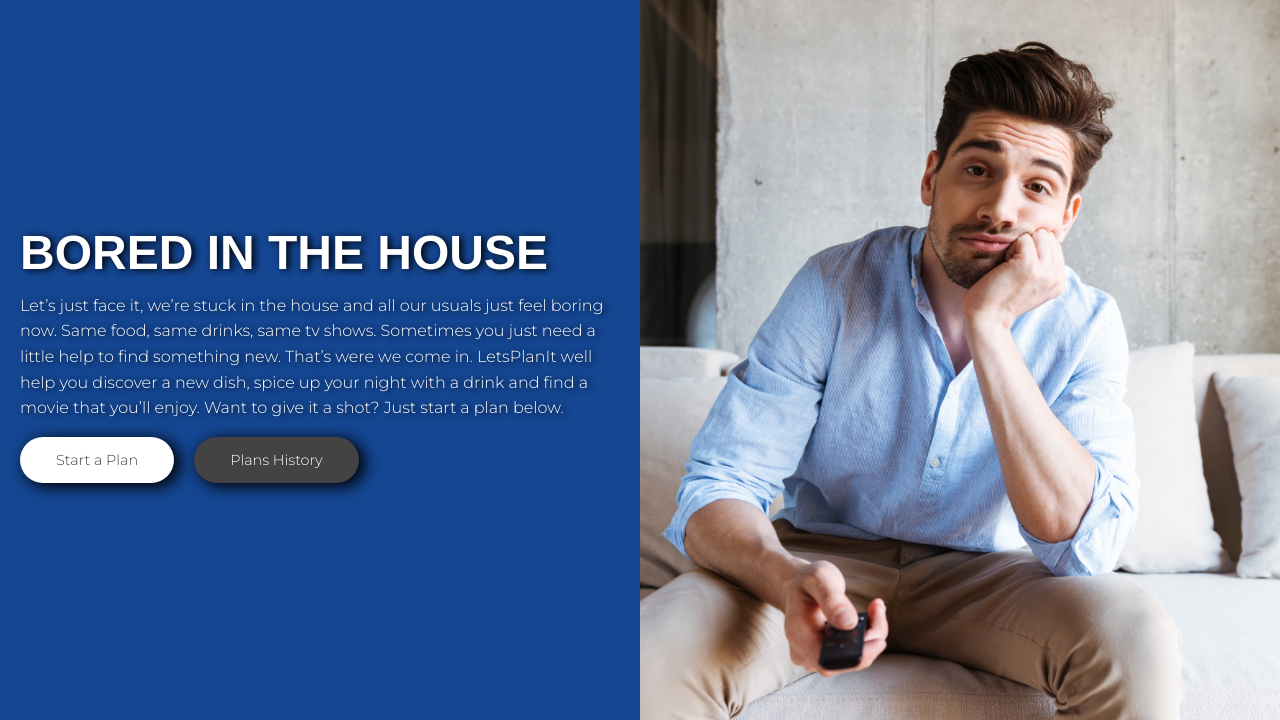
Repository: iiTONELOC/covid-master
Page: index.html
These files come from the project's save history. The page is drawn as it stood at one moment and after the next save; the edit follows.
The browser window is 1280 px wide. The pictures show the whole page.

Above is the page before, as saved 2021-02-06 19:46:28.

### index.html
<!doctype html>
<html class="no-js" lang="en">

<head>
    <meta charset="utf-8" />
    <meta http-equiv="x-ua-compatible" content="ie=edge">
    <meta name="viewport" content="width=device-width, initial-scale=1.0">
    <title>Bored in the House</title>
    <link rel="stylesheet" href="https://cdnjs.cloudflare.com/ajax/libs/animate.css/4.1.1/animate.min.css" />
    <link rel="preconnect" href="https://fonts.gstatic.com">
    <link href="https://fonts.googleapis.com/css2?family=Montserrat:wght@300;700&display=swap" rel="stylesheet">
    <link rel="stylesheet" href="./Foundation-Sites-6.6.3-CSS/Foundation-Sites-6.6.3-CSS/assets/css/foundation.css">
    <link rel="stylesheet" href="./assets/css/style.css">
</head>

<body>
    <main class="grid-container fluid">
        <section id="home-slide" class="blue">
            <div class="grid-x align-middle">
                <div class="cell small-12 large-6 intro small-order-2 medium-order-1">
                    <h1>BORED IN THE HOUSE</h1>
                    <p>Let’s just face it, we’re stuck in the house and all our usuals just feel boring now. Same food,
                        same drinks, same tv shows. Sometimes you just need a little help to find something new. That’s
                        were we come in. LetsPlanIt well help you discover a new dish, spice up your night with a drink
                        and find a movie that you’ll enjoy. Want to give it a shot? Just start a plan below.</p>
                    <a id="start-btn" href="#dinner" class="button main start-btn" data-control="1">Start a Plan</a><a
                        href="./results.html" class="button secondary" id="history-btn">Plans History</a>
                </div>
                <div class="cell large-6 hero small-12 small-order-1 medium-order-2">
                    <img src="./assets/images/man-bored.jpg" class="img-responsive" />
                </div>
            </div>
        </section>
        <!-- begin second page-->
        <section id="dinner-slide" class="dark animate__animated hide">
            <div class="grid-x align-middle align-center">
                <div class="cell medium-4 choices">
                    <img src="./assets/images/dinner.png" />
                    <h2>Let's plan a meal. Tell me, what food are you in the mood for?</h2>
                    <div class="grid-x align-center">
                        <div class="cell medium-8">
                            <select name="cuisine-type" id="cuisine-type">
                                <option disabled value="">Please Select a cuisine type</option>
                                <option value="random">Random</option>
                                <option value="Beef">Beef</option>
                                <option value="Chicken">Chicken</option>
                                <option value="Lamb">Lamb</option>
                                <option value="Miscellaneous">Miscellaneous</option>
                                <option value="Pasta">Pasta</option>
                                <option value="Pork">Pork</option>
                                <option value="Seafood">Seafood</option>
                                <option value="Side">Side</option>
                                <option value="Starter">Starter</option>
                                <option value="Vegan">Vegan</option>
                                <option value="Vegetarian">Vegetarian</option>
                                <option value="Breakfast">Breakfast</option>
                                <option value="Goat">Goat</option>
                            </select>
                        </div>
                    </div>

                    <a id="add-food-btn" href="#add-food" class="button main" data-control="2">Add
                        Cuisine</a><a href="#back-button" id="scroll-release" class="button secondary back-btn">Back</a>
                </div>
            </div>
        </section>
        <!-- begin third page-->
        <section id="drink-slide" class="blue animate__animated hide">
            <div class="grid-x align-middle align-center">
                <div class="cell medium-4 choices">
                    <img src="./assets/images/drink.png" />
                    <h2>[cusineType],great choice! Let's Pair that with a drink. Pick your poision.</h2>
                    <div class="grid-x align-center">
                        <div class="cell medium-8">
                            <select name="drink-type" id="drink-type">
                                <option disabled value="">Select an Alcohol type</option>
                                <option value="random">Random</option>
                                <option value="Whiskey">Whiskey</option>
                                <option value="Vodka">Vodka</option>
                                <option value="Lager">Lager</option>
                                <option value="Cider">Cider</option>
                                <option value="Gin">Gin</option>
                                <option value="Rum">Rum</option>
                                <option value="Scotch">Scotch</option>
                                <option value="Brandy">Brandy</option>
                                <option value="Champagne">Champagne</option>
                                <option value="Bourbon">Bourbon</option>
                                <option value="Tequila">Tequila</option>
                                <option value="Blended whiskey">Blended Whiskey</option>
                                <option value="Kahlua">Kahlua</option>
                                <option value="Peppermint schnapps">Peppermint Schnapps</option>
                                <option value="Irish whiskey">Irish Whiskey</option>
                                <option value="Cognac">Cognac</option>
                                <option value="Coffee liqueur">Coffee Liqueur</option>
                            </select>
                        </div>
                    </div>

                    <a id="add-drink-btn" href="#add-drink" class="button main" data-control="3">Add drink
                    </a><a href="#back-button" class="button secondary back-btn">Back</a>
                </div>
            </div>
        </section>
        <!-- begin fourth page-->
        <section id="genre-slide" class="dark animate__animated hide">
            <div class="grid-x align-middle align-center">
                <div class="cell medium-4 choices">
                    <h2>Great, let's pick a genre.</h2>
                    <div class="grid-x align-center">
                        <div class="cell medium-8">
                            <img src="./assets/images/movie.png" />
                            <select name="movie-type" id="movie-type">
                                <option disabled value="">Select a Movie genre</option>
                                <option value="28">Action</option>
                                <option value="12">Adventure</option>
                                <option value="16">Animation</option>
                                <option value="35">Comedy</option>
                                <option value="80">Crime</option>
                                <option value="99">Documentary</option>
                                <option value="18">Drama</option>
                                <option value="10751">Family</option>
                                <option value="14">Fantasy</option>
                                <option value="36">History</option>
                                <option value="27">Horror</option>
                                <option value="10402">Music</option>
                                <option value="9648">Mystery</option>
                                <option value="10749">Romance</option>
                                <option value="878">Science Fiction</option>
                                <option value="10770">TV Movie</option>
                                <option value="53">Thriller</option>
                                <option value="10752">War</option>
                                <option value="37">Western</option>
                            </select>
                        </div>
                    </div>

                    <a id="add-genre-btn" href="#add-genre" class="button main" data-control="6">Add Movie
                    </a><a href="#back-button" class="button secondary back-btn">Back</a>
                </div>
            </div>
        </section>
    </main>




    <script src="./Foundation-Sites-6.6.3-CSS/Foundation-Sites-6.6.3-CSS/assets/js/vendor.js"></script>
    <script src="./Foundation-Sites-6.6.3-CSS/Foundation-Sites-6.6.3-CSS/assets/js/foundation.js"></script>

    <script>
        var foodType = "";
        var drinkType = "";
        var movieType = "";
        document.querySelector('main').addEventListener("click", function () {
            event.preventDefault();

            // find which button was click
            var clickedBtn = event.target;
            var clickedBtnId = clickedBtn.getAttribute("id");
            var parent = clickedBtn.closest("section");

            // if a back button was clicked, remove current slide
            if (clickedBtn.classList.contains("back-btn")) {
                if (clickedBtnId === "scroll-release") {
                    document.querySelector("body").classList.remove("scroll-lock");
                    document.querySelector("#home-slide").classList.remove("hide");
                }
                parent.classList.replace("animate__slideInUp", "animate__slideOutDown");
                setTimeout(function () {
                    parent.classList.remove("animate__slideOutDown");
                    parent.classList.add("hide");
                }, 500);
            }




            if (clickedBtnId === "start-btn") {
                document.querySelector("#dinner-slide").classList.replace("hide", "animate__slideInUp");
                document.querySelector("body").classList.add("scroll-lock");
                setTimeout(function () {
                    document.querySelector("#home-slide").classList.add("hide");
                }, 1000);

            }
            if (clickedBtnId === "add-food-btn") {
                document.querySelector("#drink-slide").classList.replace("hide", "animate__slideInUp");
                foodType = document.querySelector("#cuisine-type").value;
                console.log(foodType);
            }
            if (clickedBtnId === "add-drink-btn") {
                document.querySelector("#genre-slide").classList.replace("hide", "animate__slideInUp");
                drinkType = document.querySelector("#drink-type").value;
                console.log(drinkType);
            }
            if (clickedBtnId === "add-genre-btn") {
                document.querySelector("#genre-slide").classList.replace("hide", "animate__slideInUp");
                movieType = document.querySelector("#movie-type").value;
                console.log(movieType);
                console.log(foodType);
                console.log(drinkType);
                open('results.html?para=' + foodType + '=' + drinkType + '=' + movieType);
            }
        });


    </script>
</body>

</html>

### assets/css/style.css
:root {
    --blue: #144692;
    --dark: #434343;
    --white: #fff;
}
* {
    box-sizing: border-box;
    font-family: 'Montserrat', sans-serif;
}
h1, h2, p {
    text-shadow: 3px 1px 7px black
}
html, body {
    height: 100%;
    scroll-behavior: smooth;
    font-size: 16px;
}
#main {
    padding: 0;
    height: 100%;
}
section{
   min-height: 100%;
    width: 100%;
    position: absolute;
    top: 0;
    left: 0;
}
.intro {
    padding: 20px;
}
/* background colors */
.blue {
    background: var(--blue);
    color: var(--white);
}
.dark {
    background: var(--dark);
    color: var(--white);
}
/* button styles start */
.main {
    background: var(--white);
    color: var(--dark);
}
.button {
    border-radius: 50px;
    margin-right: 20px;
    padding: 15px 35px;
    box-shadow: 5px 3px 15px 1px black;
    overflow: hidden;
}
.button:focus {
    box-shadow: 0 0 0 1px orange;
}
.blue .secondary {
    background:var(--dark);
    color: var(--white);
}
.blue .secondary:hover {
    background-color: rgb(97, 97, 97);
}
.dark .secondary {
    background:var(--dark);
    color: var(--white);
    border: 1px solid var(--white);
}
.dark .secondary:hover {
    background-color: rgb(107, 107, 107);
}
/* button styles end */

.choices img {
    margin-bottom: 20px;
}

.question-container {
    display: flex;
}
.hero {
    height: 100vh;
}
h1 {
    font-size: 3em;
    font-weight: 600;
    line-height: 4rem;

}
#home-slide {
    text-align: left;
}
.grid-container, .fluid, .dark {
  display: inline-grid;
  text-align: center;
}
a.cusine-type {
    border: 1px solid var(--white);
    background-color: var(--dark);
    color: var(--white);
    border-radius: 10px;
   margin: 12px 20px 12px 0px;
}

div.center-grid {
    margin: 0;
    position: absolute;
    top: 50%;
    left: 50%;
    margin-right: -50%;
    transform: translate(-50%, -50%);
}
.grid-container, .fluid, .blue {
    display: inline-grid;
    text-align: center;
  }

  .img-responsive {
    display:block;
    height: 100%;
    object-fit: cover;
    object-position: center;
}

.box {
    background-color: white;
    border-radius: 15px;
    color: black;
    padding: 20px;
    font-weight: 500;
    text-align: start;

}
.box, h3 {
    font-size: 14px;

}
.btn-container {
    padding-bottom: 20px;
}
.padtop40 {
    padding-top: 40px;
}
.pad20 {
    padding: 20px 0;
}

.plan-item {
    background: var(--white);
    margin-bottom: 10px;
    padding: 20px;
    color: var(--dark);
    border-radius: 2px;
    text-align: left;
}
.plan-item a {
    color: var(--dark);
}

.header-space {
    padding-top: 40px;
}
.scroll-lock {
    overflow: hidden !important;
}
/* ---------------------------------
MEDIA QUERIES
----------------------------------*/
@media screen and (max-width: 39.9375em) {
    section {
        padding: 20px;
    }
    .hero {
        height: auto;
    }
    .img-responsive {
        height: auto;
    }
}

Loaded but not shown: Foundation-Sites-6.6.3-CSS/Foundation-Sites-6.6.3-CSS/assets/css/foundation.css (library); Foundation-Sites-6.6.3-CSS/Foundation-Sites-6.6.3-CSS/assets/js/vendor.js (library); Foundation-Sites-6.6.3-CSS/Foundation-Sites-6.6.3-CSS/assets/js/foundation.js (library)

After the next save:
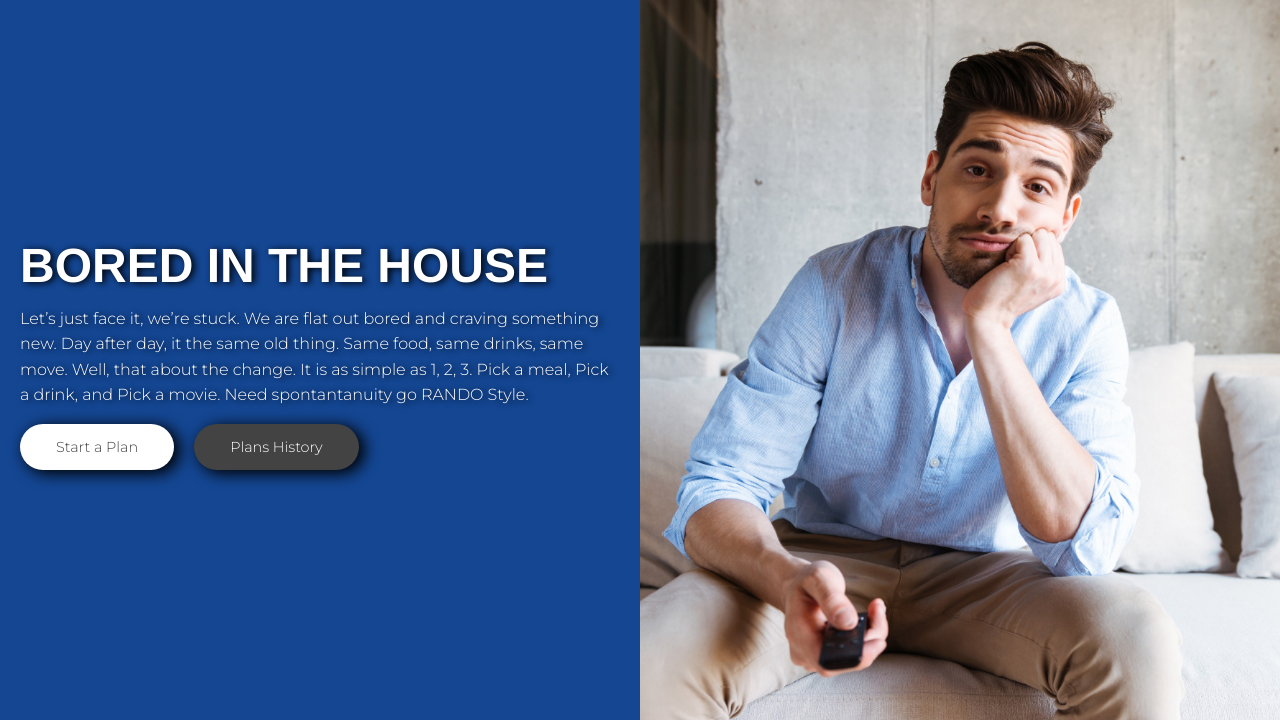
Saved 93 s later.
--- a/index.html
+++ b/index.html
@@ -19,10 +19,9 @@
             <div class="grid-x align-middle">
                 <div class="cell small-12 large-6 intro small-order-2 medium-order-1">
                     <h1>BORED IN THE HOUSE</h1>
-                    <p>Let’s just face it, we’re stuck in the house and all our usuals just feel boring now. Same food,
-                        same drinks, same tv shows. Sometimes you just need a little help to find something new. That’s
-                        were we come in. LetsPlanIt well help you discover a new dish, spice up your night with a drink
-                        and find a movie that you’ll enjoy. Want to give it a shot? Just start a plan below.</p>
+                    <p>Let’s just face it, we’re stuck.  We are flat out bored and craving something new.  Day after day, it the same old thing.  Same food, same drinks, same move.
+
+                        Well, that about the change.   It is as simple as 1, 2, 3.  Pick a meal, Pick a drink, and Pick a movie.  Need spontantanuity go RANDO Style. </p>
                     <a id="start-btn" href="#dinner" class="button main start-btn" data-control="1">Start a Plan</a><a
                         href="./results.html" class="button secondary" id="history-btn">Plans History</a>
                 </div>
